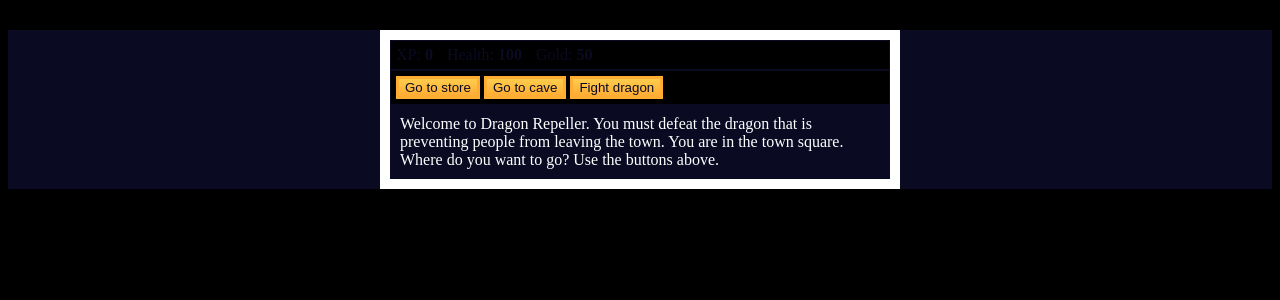
Repository: supakorn5039-boon/RPG-game
Page: index.html
The author's editor kept a copy of each file at every save. The page is drawn from the files as they stood at one save, then again after the next save.
The browser window is 1280 px wide. The pictures show the whole page.

Above is the page before, as saved 2023-12-26 20:22:34.

After the next save:
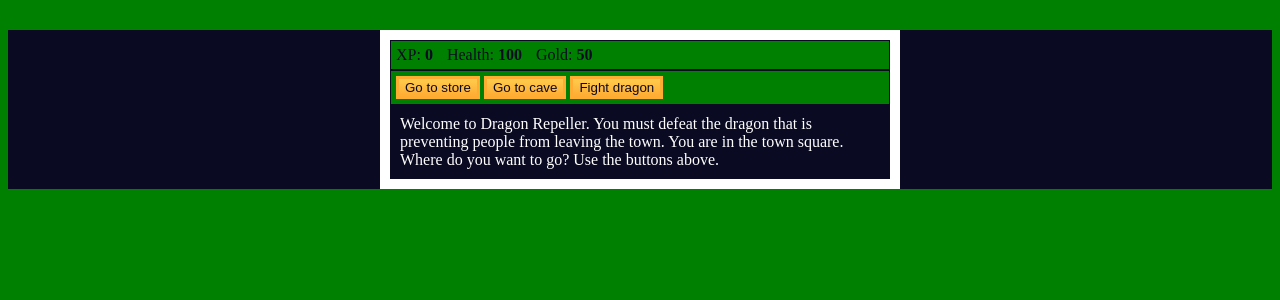
Saved 7 s later.
--- a/styless.css
+++ b/styless.css
@@ -1,5 +1,5 @@
 * {
-  background-color: black;
+  background-color: green;
 }
 
 body {
